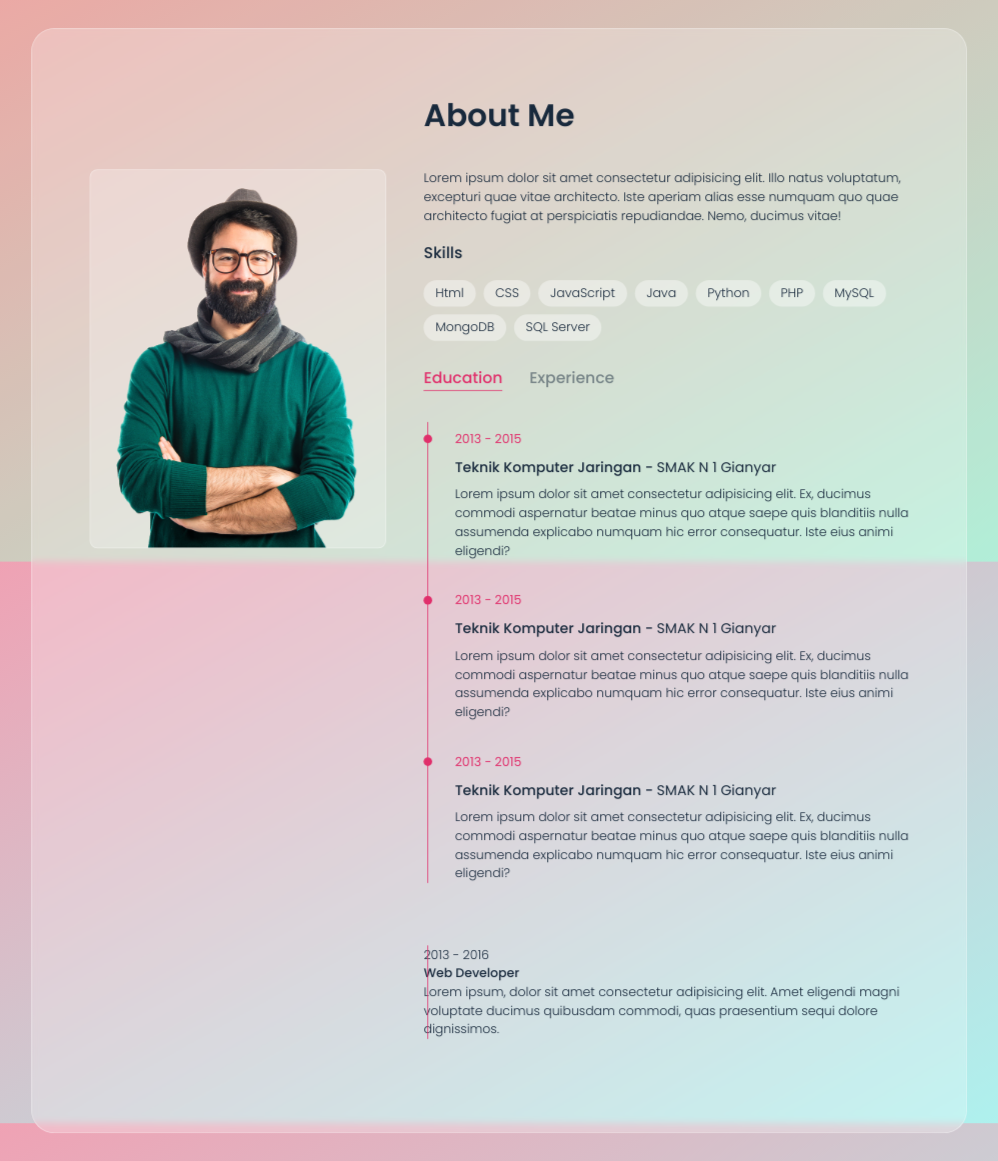
Repository: dewaary/Glassmorp-me
Page: index.html
The author's editor kept a copy of each file at every save. The page is drawn from the files as they stood at one save, then again after the next save.
The browser window is 1280 px wide. The pictures show the whole page, at 78% of full size.
Backgrounds fixed to the window are drawn as part of the page.

Above is the page before, as saved 2021-05-25 23:09:10.
Not found: js/script,js

### index.html
<!DOCTYPE html>
<html lang="en">

<head>
    <meta charset="UTF-8">
    <meta http-equiv="X-UA-Compatible" content="IE=edge">
    <meta name="viewport" content="width=device-width, initial-scale=1.0">
    <link rel="stylesheet" href="style.css">
    <title>Document</title>
</head>

<body>
    <div class="main">
        <section class="home-section align-items-center hidden">
            <div class="container">
                <div class="row align-items-center">
                    <div class="home-text">
                        <p>Hello, I'm</p>
                        <h1>Dewa Ari</h1>
                        <h2>Full-Stack Web Developer</h2>
                        <a href="#" class="btn">more about me</a>
                        <a href="#" class="btn">portfolio</a>
                    </div>
                    <div class="home-img">
                        <div class="img-box">
                            <img src="img/profile-img.png" alt="profile-img">
                        </div>
                    </div>
                </div>
            </div>
        </section>

        <!-- About Section -->
        <section class="about-section sec-padding">
            <div class="container">
                <div class="row">
                    <div class="section-title">
                        <h2>About me</h2>
                    </div>
                </div>
                <div class="row">
                    <div class="about-img">
                        <div class="img-box">
                            <img src="img/about-img.png" alt="About Image">
                        </div>
                    </div>
                    <div class="about-text">
                        <p>Lorem ipsum dolor sit amet consectetur adipisicing elit. Illo natus voluptatum, excepturi
                            quae vitae architecto. Iste aperiam alias esse numquam quo quae architecto fugiat at
                            perspiciatis repudiandae. Nemo, ducimus vitae!</p>
                        <h3>Skills</h3>
                        <div class="skills">
                            <div class="skill-item">Html</div>
                            <div class="skill-item">CSS</div>
                            <div class="skill-item">JavaScript</div>
                            <div class="skill-item">Java</div>
                            <div class="skill-item">Python</div>
                            <div class="skill-item">PHP</div>
                            <div class="skill-item">MySQL</div>
                            <div class="skill-item">MongoDB</div>
                            <div class="skill-item">SQL Server</div>
                        </div>

                        <div class="about-tabs">
                            <button type="button" class="tab-item active" data-target="#education">Education</button>
                            <button type="button" class="tab-item" data-target="#experience">Experience</button>
                        </div>
                        <!-- Education Start -->
                        <div class="tab-content" id="education">
                            <div class="timeline">
                                <div class="timeline-item">
                                    <span class="date">2013 - 2015</span>
                                    <h4>Teknik Komputer Jaringan - <span>SMAK N 1 Gianyar</span></h4>
                                    <p>Lorem ipsum dolor sit amet consectetur adipisicing elit. Ex, ducimus commodi
                                        aspernatur beatae minus quo atque saepe quis blanditiis nulla assumenda
                                        explicabo numquam hic error consequatur. Iste eius animi eligendi?</p>
                                </div>
                                <div class="timeline-item">
                                    <span class="date">2013 - 2015</span>
                                    <h4>Teknik Komputer Jaringan - <span>SMAK N 1 Gianyar</span></h4>
                                    <p>Lorem ipsum dolor sit amet consectetur adipisicing elit. Ex, ducimus commodi
                                        aspernatur beatae minus quo atque saepe quis blanditiis nulla assumenda
                                        explicabo numquam hic error consequatur. Iste eius animi eligendi?</p>
                                </div>
                                <div class="timeline-item">
                                    <span class="date">2013 - 2015</span>
                                    <h4>Teknik Komputer Jaringan - <span>SMAK N 1 Gianyar</span></h4>
                                    <p>Lorem ipsum dolor sit amet consectetur adipisicing elit. Ex, ducimus commodi
                                        aspernatur beatae minus quo atque saepe quis blanditiis nulla assumenda
                                        explicabo numquam hic error consequatur. Iste eius animi eligendi?</p>
                                </div>
                            </div>
                        </div>
                        <!-- Education End -->


                        <!-- Experince Start -->
                        <div class="tab-content" id="experience">
                            <div class="timeline">
                                <div class="timeline-time">
                                    <span class="date">2013 - 2016</span>
                                    <h4>Web Developer</h4>
                                    <p>Lorem ipsum, dolor sit amet consectetur adipisicing elit. Amet eligendi magni voluptate ducimus quibusdam commodi, quas praesentium sequi dolore dignissimos.</p>
                                </div>
                            </div>
                        </div>

                    </div>
                </div>
            </div>
        </section>

    </div>
    <script src="js/script,js"></script>
</body>

</html>

### style.css
/* Fonts */
@import url("https://fonts.googleapis.com/css2?family=Poppins:wght@300;400;500;600;700&display=swap");

/* Variables */

:root {
  --main-color: #e02f6b;
  --blue: #0000ff;
  --blue-dark: #18293c;
  --orange: #ffa500;
  --green-yellow: #cddc39;
  --pink-light: #efa2b4;
  --cyan-light: #aef1ee;
  --white: #ffffff;
  --white-alpha-40: rgba(255, 255, 255, 0.4);
  --white-alpha-25: rgba(255, 255, 255, 0.25);
  --backdrop-filter-blur: blur(5px);
}

* {
  box-sizing: border-box;
  padding: 0;
  margin: 0;
  outline: none;
}

::before,
::after {
  box-sizing: border-box;
}

body {
  min-height: 100vh;
  background-image: linear-gradient(
    to bottom right,
    var(--pink-light),
    var(--cyan-light)
  );
  background-attachment: fixed;
  font-size: 16px;
  font-family: "Poppins", sans-serif;
  font-weight: 300;
  color: var(--blue-dark);
  line-height: 1.5;
  overflow-x: hidden;
  -webkit-tap-highlight-color: transparent;
  padding: 5vh 15px;
}

body::before {
  content: "";
  position: fixed;
  left: 0;
  top: 0;
  height: 100%;
  width: 100%;
  background-color: var(--green-yellow);
  z-index: -1;
  opacity: 0.12;
}

a {
  text-decoration: none;
}

h1,
h2 {
  font-weight: 600;
}

h3,
h4,
h5,
h6 {
  font-weight: 500;
}

img {
  max-width: 100%;
  vertical-align: middle;
}

section {
  background-color: var(--white-alpha-25);
  border: 1px solid var(--white-alpha-40);
  min-height: 90vh;
  border-radius: 30px;
  backdrop-filter: var(--backdrop-filter-blur);
}

.main {
  max-width: 1200px;
  margin: auto;
}

.row {
  display: flex;
  flex-wrap: wrap;
}

.container {
  padding: 0 40px;
  width: 100%;
}

.align-items-center {
  align-items: center;
}

.hidden {
  display: none !important;
}

.sec-padding {
  padding: 80px 0;
}

/* Section Tittle */
.section-title {
  padding: 0 15px;
  width: 100%;
  text-align: center;
  margin-bottom: 40px;
}

.section-title h2 {
  font-size: 40px;
  text-transform: capitalize;
}

/* Custome Scroolbar */

::-webkit-scrollbar {
  width: 5px;
}

::-webkit-scrollbar-track {
  background-color: var(--white);
}

::-webkit-scrollbar-thumb {
  background-color: var(--main-color);
}

/*
Buttons */

button {
  font-family: inherit;
  user-select: none;
}

.btn {
  line-height: 1.5;
  background-color: var(--white-alpha-25);
  border: 1px solid var(--white-alpha-40);
  padding: 10px 28px;
  display: inline-block;
  border-radius: 30px;
  color: var(--main-color);
  font-weight: 500;
  text-transform: capitalize;
  font-family: inherit;
  font-size: 16px;
  cursor: pointer;
  user-select: none;
  position: relative;
  overflow: hidden;
  vertical-align: middle;
  transition: width 0.3s ease;
}

.btn::before {
  content: "";
  position: absolute;
  left: 0;
  top: 0;
  height: 100%;
  width: 0%;
  background-color: var(--main-color);
  z-index: -1;
  transition: width 0.3s ease;
}

.btn:hover::before {
  width: 100%;
}
.btn:hover {
  color: var(--white);
}

/*
Home Section */

.home-section {
  display: flex;
  padding: 120px 0;
}

.home-text,
.home-img {
  width: 50%;
  padding: 15px;
}

.home-text p {
  font-size: 15px;
}

.home-text h2 {
  font-size: 20px;
  text-transform: capitalize;
  font-weight: 300;
  margin: 0 0 30px;
}

.home-text .btn {
  margin: 0 15px 15px 0;
}

.home-text h1 {
  font-size: 50px;
  text-transform: capitalize;
}

.home-img .img-box {
  max-width: 360px;
  background-color: var(--white-alpha-25);
  border-radius: 50%;
  background-color: var(--white-alpha-25);
  margin: auto;
}

.home-img .img-box img {
  width: 100%;
  border-radius: 50%;
}

/* About Section */

.about-img {
  width: 40%;
  padding: 0 15px;
}

.about-text {
  width: 60%;
  padding: 0 15px;
}

.about-img .img-box {
  background-color: var(--white-alpha-25);
  max-width: 380px;
  border: 1px solid var(--white-alpha-40);
  margin: auto;
  border-radius: 10px;
}

.about-img .img-box img {
  width: 100%;
}

.about-text h3 {
  text-transform: capitalize;
  font-size: 20px;
  margin: 20px 0;
}

.about-text .skills {
  display: flex;
  flex-wrap: wrap;
}

.about-text .skill-item {
  background-color: var(--white-alpha-25);
  background-color: var(--white-alpha-40);
  padding: 5px 15px;
  text-transform: capitalize;
  margin: 0 10px 10px 0;
  border-radius: 20px;
}

.about-tabs {
  margin-top: 20px;
}

.about-tabs .tab-item {
  padding: 2px 0;
  background-color: transparent;
  border: none;
  text-transform: capitalize;
  display: inline-block;
  color: var(--blue-dark);
  cursor: pointer;
  font-size: 20px;
  font-weight: 500;
  margin: 0 30px 0 0;
  position: relative;
  opacity: 0.5;
  transition: all 0.3s ease;
}

.about-tabs .tab-item:last-child {
  margin: 0;
}

.about-tabs .tab-item::before {
  content: "";
  position: absolute;
  left: 0;
  bottom: 0;
  width: 0%;
  height: 1px;
  background-color: var(--blue-dark);
  transition: width 0.3s ease;
}

.about-tabs .tab-item:hover::before {
  width: 100%;
}

.about-tabs .tab-item.active::before {
  width: 100%;
  background-color: var(--main-color);
}

.about-tabs .tab-item.active {
  color: var(--main-color);
  opacity: 1;
  cursor: auto;
}

.about-text .timeline{
  position: relative;
}

.about-text .timeline::before{
  content: '';
  position: absolute;
  height: 100%;
  width: 1px;
  top: 0;
  left: 5px;
  background-color: var(--main-color);
}

.about-text .tab-content {
  padding: 40px 0;
}

.about-text .timeline-item {
  margin-bottom: 30px;
  position: relative;
  padding: 10px 0 0 40px;
}

.about-text .timeline-item::before{
  content: '';
  position: absolute;
  height: 11px;
  width: 11px;
  top: 16px;
  left: 0;
  background-color: var(--main-color);
  border-radius: 50%;
}

.about-text .timeline-item:last-child {
  margin-bottom: 0;
}

.about-text .timeline-item .date {
  display: block;
  color: var(--main-color);
  font-weight: 400;
  margin: 0 0 10px;
}
.about-text .timeline-item h4 {
  font-size: 18px;
  text-transform: capitalize;
  margin: 0 0 10px;
}
.about-text .timeline-item h4 span {
  font-weight: 400;
}

After the next save:
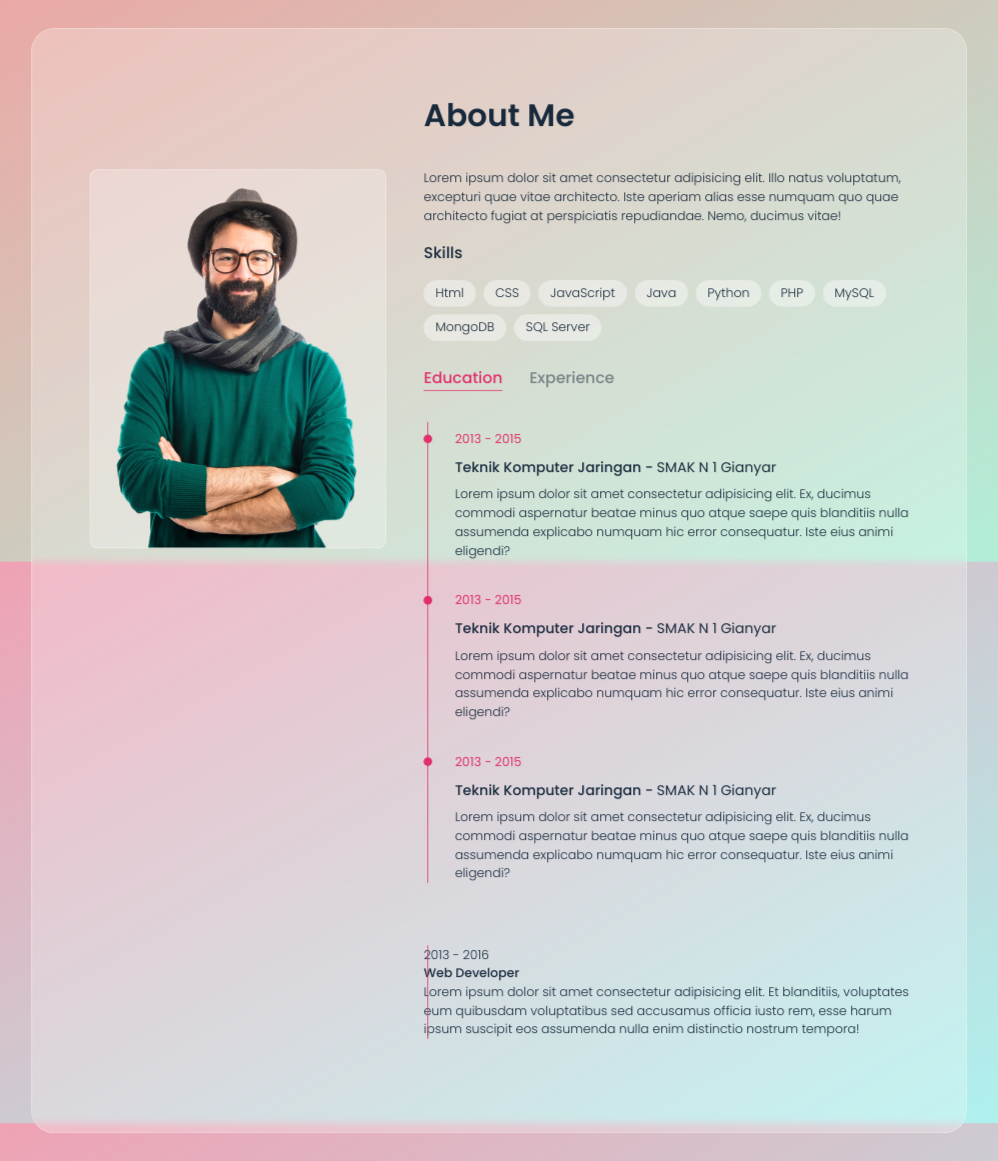
Saved 11 s later.
--- a/index.html
+++ b/index.html
@@ -100,7 +100,7 @@
                                 <div class="timeline-time">
                                     <span class="date">2013 - 2016</span>
                                     <h4>Web Developer</h4>
-                                    <p>Lorem ipsum, dolor sit amet consectetur adipisicing elit. Amet eligendi magni voluptate ducimus quibusdam commodi, quas praesentium sequi dolore dignissimos.</p>
+                                    <p>Lorem ipsum dolor sit amet consectetur adipisicing elit. Et blanditiis, voluptates eum quibusdam voluptatibus sed accusamus officia iusto rem, esse harum ipsum suscipit eos assumenda nulla enim distinctio nostrum tempora!</p>
                                 </div>
                             </div>
                         </div>
